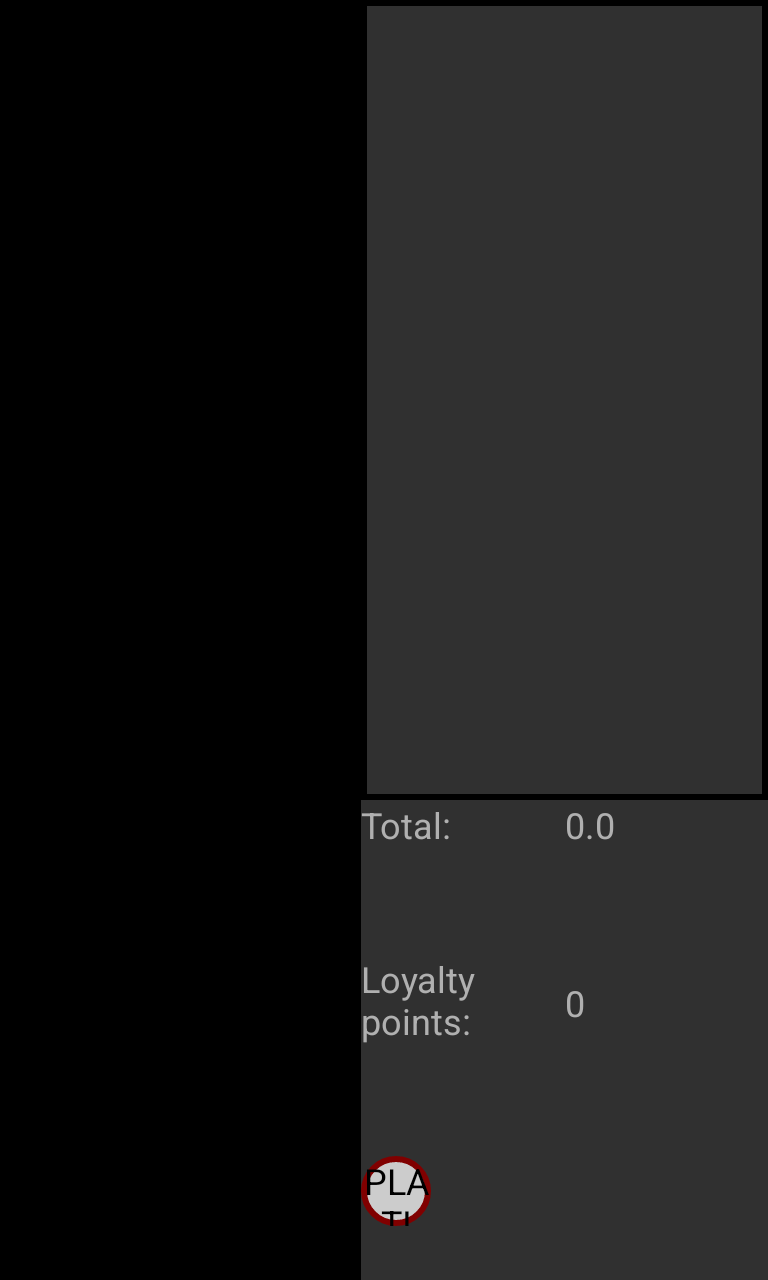
Repository: dzenisahusic/AndroidApp
Layout: Edit2014Sales/res/layout/fragment_kasa.xml
These files come from the project's save history. The layout is drawn as it stood at one moment and after the next save; the edit follows.
It is drawn on a 768 x 1280 px phone screen (xhdpi) without system bars, with theme AppTheme; the app's code is not run. Lists and similar views that code fills are empty.

Above is the layout before, as saved 2014-07-15 18:45:29.

### Edit2014Sales/res/layout/fragment_kasa.xml
<RelativeLayout xmlns:android="http://schemas.android.com/apk/res/android"
    xmlns:tools="http://schemas.android.com/tools"
    android:id="@+id/layoutKasa"
    android:layout_width="match_parent"
    android:layout_height="fill_parent"
    tools:context="${relativePackage}.${activityClass}" >

    <RelativeLayout
        android:layout_width="match_parent"
        android:layout_height="match_parent"
        android:layout_alignParentBottom="true"
        android:layout_alignParentLeft="true"
        android:layout_alignParentRight="true"
        android:layout_alignParentTop="true"
        >

        <!-- Glavni layout -->
        <LinearLayout
            android:layout_width="fill_parent"
            android:layout_height="fill_parent"
            android:layout_weight="6"
            android:shape="rectangle"
            android:color="#000000"
            android:layout_alignParentLeft="true"
            android:layout_alignParentTop="true"
            android:background="#000000" >

            <!-- Desni layout -->

            <LinearLayout
                android:layout_width="238dp"
                android:layout_height="fill_parent"
                android:layout_weight="3"

                android:orientation="vertical"
                >

                <ListView android:id="@+id/list"
                                    android:layout_width="fill_parent"
                                    android:layout_height="fill_parent"
                                    />


            </LinearLayout>

            <!-- Lijevi layout -->
            <LinearLayout
                android:layout_width="261dp"
                android:layout_height="fill_parent"
                android:background="#303030"
                android:orientation="vertical"
                android:layout_weight="3" >

                                <!-- Gornji layout -->

                <LinearLayout
                    android:layout_width="fill_parent"
                    android:layout_height="184dp"
                    android:layout_weight="2"

                    android:orientation="vertical"
                     android:background="@drawable/krug"
                     >

                    <ListView android:id="@+id/list_racun"
    android:layout_width="fill_parent"
    android:layout_height="fill_parent"
    android:divider="#FFFFFF"

        							android:dividerHeight="4px"/>

                </LinearLayout>

                                <!-- Donji layout -->

                <LinearLayout
                    android:layout_width="fill_parent"
                    android:layout_height="wrap_content"
                    android:layout_weight="1"
                    android:background="#303030"
                    android:orientation="horizontal" >

                    <LinearLayout
                        android:layout_width="fill_parent"
                        android:layout_height="match_parent"
                        android:layout_weight="0.5"
                        android:background="#303030"
                        android:orientation="vertical" >

                        <LinearLayout
                            android:layout_width="match_parent"
                            android:layout_height="wrap_content"
                            android:layout_weight="0.24"
                            android:orientation="vertical" >

                            <TextView
                                android:id="@+id/textTotal"
                                android:layout_width="wrap_content"
                                android:layout_height="wrap_content"
                                android:textColor="#B0B0B0"
                                android:text="Total:"
                                android:clickable="true"
                                 android:onClick = "onClickmyTextView"
                                android:textAppearance="?android:attr/textAppearanceMedium" />

                        </LinearLayout>

                        <LinearLayout
                            android:layout_width="match_parent"
                            android:layout_height="wrap_content"
                            android:layout_weight="0.25"
                            android:orientation="vertical" >

                            <TextView
                                android:id="@+id/textLoyalty"
                                android:layout_width="wrap_content"
                                android:layout_height="wrap_content"
                                android:textColor="#B0B0B0"
                                android:text="Loyalty points:"
                                android:textAppearance="?android:attr/textAppearanceMedium" />

                        </LinearLayout>

                    </LinearLayout>

                     <LinearLayout
                         android:layout_width="fill_parent"
                         android:layout_height="match_parent"
                         android:layout_weight="0.5"
                         android:background="#303030"
                         android:orientation="vertical" >

                         <LinearLayout
                             android:layout_width="match_parent"
                             android:layout_height="wrap_content"
                             android:layout_weight="0.25"
                             android:textColor="#B0B0B0"
                             android:orientation="vertical" >

                             <TextView
                                 android:id="@+id/total"
                                 android:layout_width="wrap_content"
                                 android:layout_height="wrap_content"
                                 android:text="0.0"
                                 android:textColor="#B0B0B0"
                                 android:textAppearance="?android:attr/textAppearanceMedium" />

                         </LinearLayout>

                         <LinearLayout
                             android:layout_width="match_parent"
                             android:layout_height="wrap_content"
                             android:layout_weight="0.25"
                             android:orientation="vertical" >

                             <TextView
                                 android:id="@+id/loyalty"
                                 android:layout_width="wrap_content"
                                 android:layout_height="wrap_content"
                                 android:textColor="#B0B0B0"
                                 android:text="0"
                                 android:textAppearance="?android:attr/textAppearanceMedium" />

                         </LinearLayout>


                    </LinearLayout>



                </LinearLayout>

  <LinearLayout
                             android:layout_width="match_parent"
                             android:layout_height="wrap_content"
                             android:layout_weight="0.25"
                             android:orientation="horizontal" >

                           <Button
                    android:id="@+id/plati"
                    android:layout_width="35dp"
                    android:layout_height="35dp"
                    android:text="PLATI"
                    android:background="@drawable/rounded_corner_top"/>

                         </LinearLayout>
            </LinearLayout>

        </LinearLayout>

    </RelativeLayout>

</RelativeLayout>

### Edit2014Sales/res/values/styles.xml
<resources>

    <!--
        Base application theme, dependent on API level. This theme is replaced
        by AppBaseTheme from res/values-vXX/styles.xml on newer devices.
    -->
    <style name="AppBaseTheme" parent="android:Theme.Light">
        <!--
            Theme customizations available in newer API levels can go in
            res/values-vXX/styles.xml, while customizations related to
            backward-compatibility can go here.
        -->
    </style>

    <!-- Application theme. -->
    <style name="AppTheme" parent="AppBaseTheme">
        <!-- All customizations that are NOT specific to a particular API-level can go here. -->
    </style>
 <style name="Animations" />

    <style name="Animations.PopDownMenu" />

    <style name="Animations.PopDownMenu.Left">
        <item name="@android:windowEnterAnimation">@anim/grow_from_topleft_to_bottomright</item>
        <item name="@android:windowExitAnimation">@anim/shrink_from_bottomright_to_topleft</item>
    </style>


    <style name="Animations.PopUpMenu" />

    <style name="Animations.PopUpMenu.Left">
        <item name="@android:windowEnterAnimation">@anim/grow_from_bottomleft_to_topright</item>
        <item name="@android:windowExitAnimation">@anim/shrink_from_topright_to_bottomleft</item>
    </style>
</resources>

### Edit2014Sales/res/drawable-hdpi/krug.xml
<?xml version="1.0" encoding="UTF-8"?>

  <shape xmlns:android="http://schemas.android.com/apk/res/android" android:shape="rectangle">
  <stroke
        android:width="3dp"
        android:color="#000000" >
    </stroke>
</shape>

### Edit2014Sales/res/drawable-hdpi/rounded_corner_top.xml
<?xml version="1.0" encoding="UTF-8"?>

  <shape xmlns:android="http://schemas.android.com/apk/res/android" android:shape="rectangle">
  <corners android:radius="20dp"/>
  <solid android:color="#CCCCCC"/>
  <stroke
        android:width="3dp"
        android:color="#800000" >
    </stroke>
</shape>

Loaded but not shown: Edit2014Sales/res/values-v11/styles.xml (common file); Edit2014Sales/res/values-v14/styles.xml (common file)

After the next save:
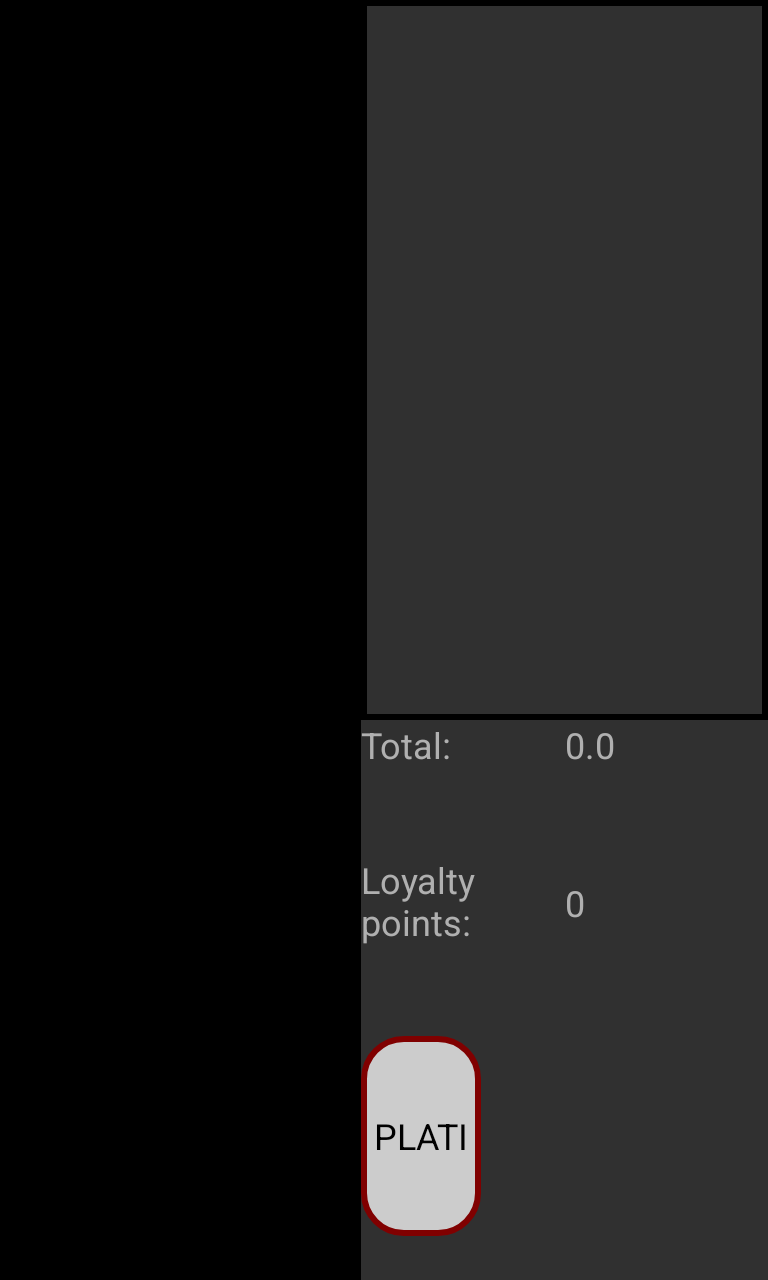
Saved 31 s later.
--- a/Edit2014Sales/res/layout/fragment_kasa.xml
+++ b/Edit2014Sales/res/layout/fragment_kasa.xml
@@ -178,8 +178,8 @@
 
                            <Button
                     android:id="@+id/plati"
-                    android:layout_width="35dp"
-                    android:layout_height="35dp"
+                    android:layout_width="60dp"
+                    android:layout_height="100dp"
                     android:text="PLATI"
                     android:background="@drawable/rounded_corner_top"/>
 
